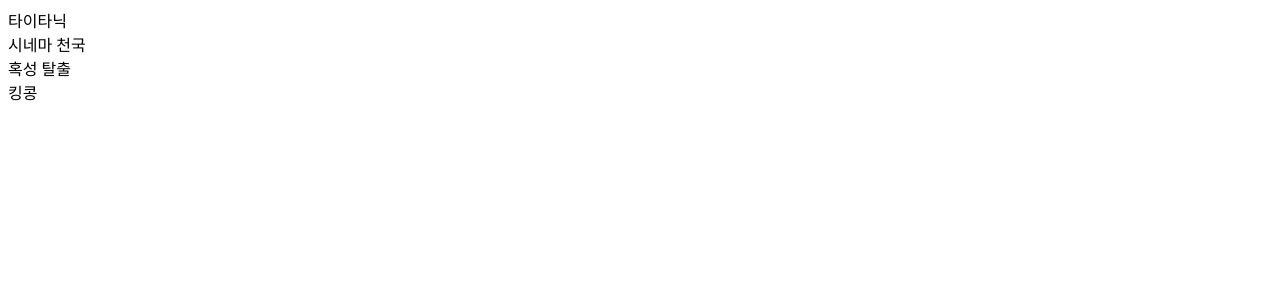
Repository: sinaboro/JSP201310
Page: http://localhost/web-study-07/14_moviesList.jsp
These files come from the project's save history. The page is drawn as it stood at one moment and after the next save; the edit follows.
The browser window is 1280 px wide. The pictures show the whole page.
The page is served by Tomcat 9.

Above is the page before, as saved 2023-10-12 03:10:38.

### web-study-07/src/main/webapp/14_moviesList.jsp
<%@ page language="java" contentType="text/html; charset=UTF-8"
    pageEncoding="UTF-8"%>
<%@ taglib uri="http://java.sun.com/jsp/jstl/core" prefix="c" %>
<!DOCTYPE html>
<html>
<head>
<meta charset="UTF-8">
<title>Insert title here</title>
</head>
<body>
<%
	String[] movieList = {"타이타닉", "시네마 천국", "혹성 탈출", "킹콩"};
	request.setAttribute("movieList", movieList);
%>

<c:forEach var="movie" items="${movieList}">
	${movie} <br>
</c:forEach>

</body>
</html>

After the next save:
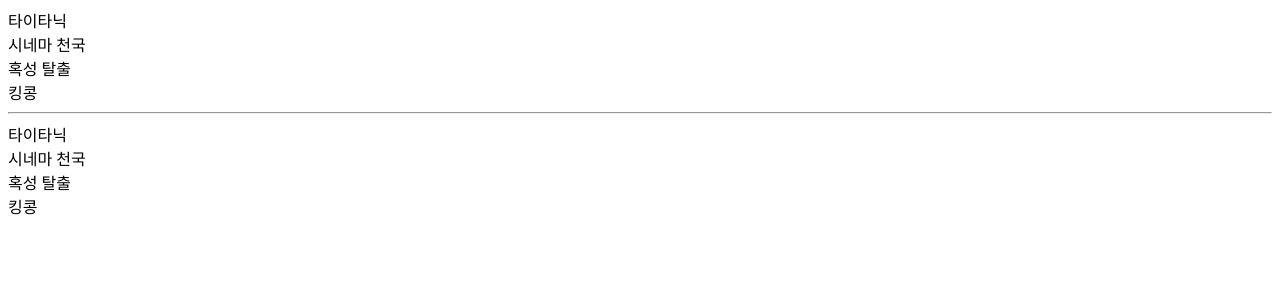
Saved 80 s later.
--- a/web-study-07/src/main/webapp/14_moviesList.jsp
+++ b/web-study-07/src/main/webapp/14_moviesList.jsp
@@ -16,6 +16,11 @@
 <c:forEach var="movie" items="${movieList}">
 	${movie} <br>
 </c:forEach>
+<hr>
+
+<c:forEach var="movie" items="${movieList}">
+	${movie} <br>
+</c:forEach>
 
 </body>
 </html>
